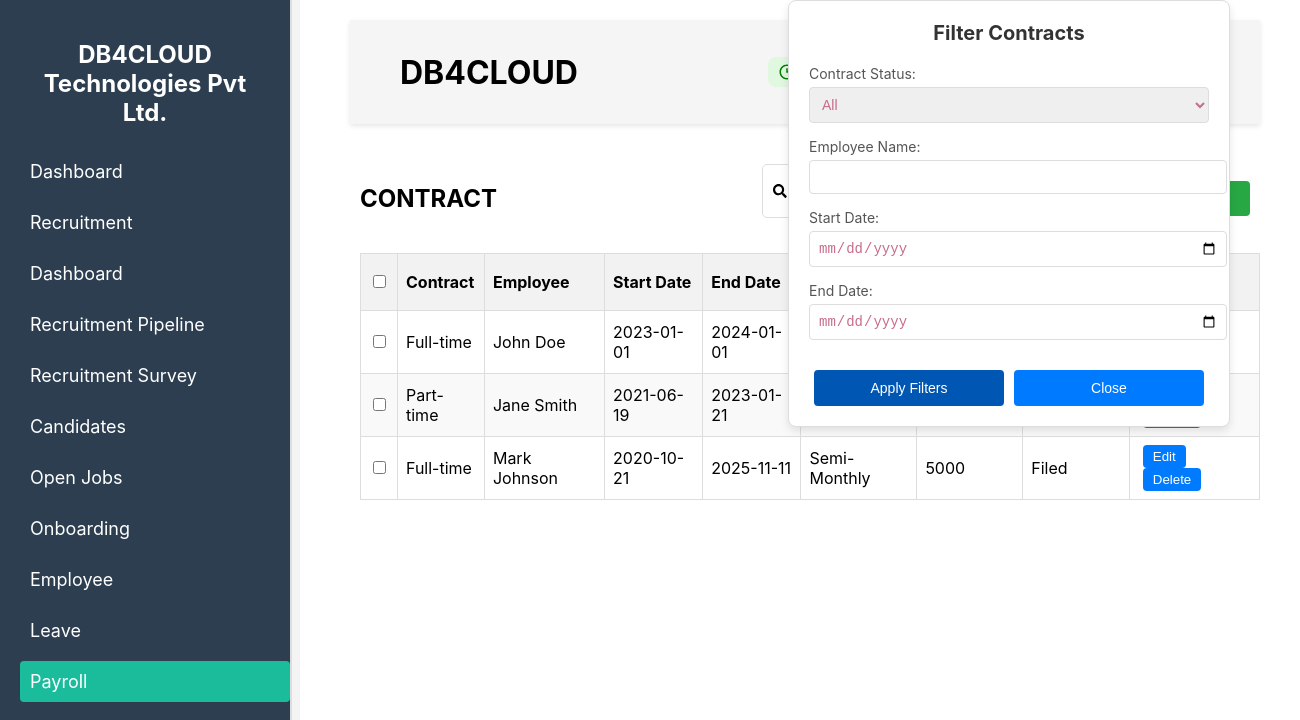
Repository: tinu-ns/Dev-code
Page: /payroll/contract (app in HRMS-DEMO-Sang/hrms/), after clicking the first element matching `svg.header-icon`
The author's editor kept a copy of each file at every save. The page is drawn from the files as they stood at one save, then again after the next save.
The browser window is 1280 px wide. The page is 1300 px wide, so the pictures cover 1300 px, including what lies to the right of the window. The pictures show the whole page.
The pointer rests on the first visible `.filter-popup button`.
Pictures or frames that could not be fetched are drawn as grey boxes. The project was rebuilt for these pictures with package versions that can differ from the ones it lists, and the page was loaded fresh each time. Also part of the build but not shown: HRMS-DEMO-Sang/hrms/src/components/Dashboard.js, HRMS-DEMO-Sang/hrms/src/components/Recruitment/RecruitmentDashboard.js, HRMS-DEMO-Sang/hrms/src/components/Recruitment/RecruitmentPipeline.js, HRMS-DEMO-Sang/hrms/src/components/Payroll/Allowances.js, HRMS-DEMO-Sang/hrms/src/components/Payroll/Deductions.js, HRMS-DEMO-Sang/hrms/src/components/Payroll/Payslips.js, HRMS-DEMO-Sang/hrms/src/components/Payroll/PayrollDashboard.js, HRMS-DEMO-Sang/hrms/src/components/MainContent.css and 4 more.

Above is the page before, as saved 2024-11-09 17:16:05.

### HRMS-DEMO-Sang/hrms/src/App.css
.app{
  display: flex;
  height: 100vh;
  background-color: #f4f4f4;
}

.content-container{
  flex-grow: 1;
  padding: 20px;
  background-color: #fff;
  margin-left: 250px;         /**/
  display: flex;
  flex-direction: column;

}

.main-section{
  display: flex;
  justify-content: space-between;
  padding: 20px;
  width: 100%;
}


.sidebar {
  width: 250px;
  background-color: #2c3e50;
  position: fixed;
  height: 100vh;
}

### HRMS-DEMO-Sang/hrms/src/components/Sidebar.css
 .container{
    display: flex;
    height: 100vh;
    margin-right: 50px;
}

/*
.content{
    flex-grow: 1;
    padding: 20px;
    padding-left: 50px;

}  */

.sidebar {
    width: 220px;
    height: 100vh;
    background-color: #503f2c;
    padding: 20px;
    color: white;
    height: 100vh;
    position: fixed;
    top: 0;
    left: 0;
    border-right: 2px solid #ddd;
    overflow-y: auto;        /* Allows vertical scrolling */
    margin-right: 200px;
    z-index: 1000;

  }



  .sidebar h2{
    text-align: center;
    margin-bottom: 30px;
    font-size: 24px;
  }

  .sidebar-list{
    list-style-type: none;
    padding: 0;
  }


  .sidebar-list li{
    margin-bottom: 15px;
  }

  .sidebar-list li a {
    color: white;
    text-decoration: none;
    font-size: 18px;
    padding: 10px;
    border-radius: 4px;
    display: block;
  }

  .sidebar-list li a:hover{
    color: #1abc9c;
  }

  .sidebar-list li a.active{
    background-color: #1abc9c;
    color: white;
  }

  .sidebar {
    width: 250px;
    background-color: #2E3A46;
    color: #FFF;
    padding: 20px;
    height: 100vh;
  }

  .sidebar h2 {
    font-size: 1.5em;
    margin-bottom: 1em;
  }

  .sidebar ul {
    list-style: none;
    padding: 0;
  }

  .sidebar li {
    margin: 10px 0;
  }

  .sidebar li ul {
    margin-top: 5px;
  }

  .sidebar a {
    color: #FFF;
    text-decoration: none;
  }

  .sidebar a:hover {
    text-decoration: underline;
  }

  .sidebar a.active {
    color: #20c997;
  }

  .sidebar ul li a:hover, .menu-toggle:hover {
    background-color: #34495e;
  }

  .menu-toggle {
    background: none;
    border: none;
    color: #ecf0f1;
    font-size: 1rem;
    text-align: left;
    cursor: pointer;
    width: 100%;
    padding: 10px;
  }

  .submenu {
    list-style-type: none;
    padding-left: 20px;
  }

  .submenu li a {
    padding-left: 20px;
    font-size: 0.9rem;
  }

### HRMS-DEMO-Sang/hrms/src/components/Recruitment/RecruitmentPipeline.css
.pipeline-container {
    padding: 20px;
    background-color: #f5f5f5;
    border-radius: 8px;
  }

  .pipeline-section {
    margin-top: 20px;
  }

  .pipeline-section h3 {
    background-color: #f8f9fa;
    padding: 10px;
    border-left: 5px solid #ffa500;
  }

  .recruitment-table {
    width: 100%;
    border-collapse: collapse;
  }

  .recruitment-table th,
  .recruitment-table td {
    padding: 10px;
    border-bottom: 1px solid #ddd;
    text-align: left;
  }

  .recruitment-table th {
    background-color: #f1f1f1;
  }

  button {
    padding: 5px 10px;
    margin: 0 5px;
    border: none;
    border-radius: 4px;
    cursor: pointer;
  }

  button:hover {
    background-color: #ddd;
  }

### HRMS-DEMO-Sang/hrms/src/components/Payroll/Allowances.css
.allowances-container {
    padding: 20px;
    background-color: #f9f9f9;
    width: 100%;
    height: 100vh;
  }

  .allowances-header {
    display: flex;
    justify-content: space-between;
    align-items: center;
    margin-bottom: 20px;
  }

  .allowances-header h2 {
    margin: 0;
    font-size: 24px;
  }
        /* For controlers like search filter list card icons*/
  .controls {
    display: flex;
    align-items: center;
    gap: 10px;
  }

  .search-input {
    padding: 8px;
    border: 1px solid #ccc;
    border-radius: 4px;
  }

  .view-toggle, .create-btn {
    background: none;
    border: none;
    font-size: 18px;
    cursor: pointer;
  }

  .filter-btn{
    background-color: #007bff;
    color: white;
    padding: 8px 12px;
    border: none;
    border-radius: 4px;
    cursor: pointer;
    display: flex;
    align-items: center;
    gap: 5px;
  }


  /*   for create account   */
   .create-btn {
    display: flex;
    align-items: center;
    padding: 8px 12px;
    background-color: #ff5722;
    color: white;
    border-radius: 4px;
    cursor: pointer;
  }


  .create-btn:hover {
    background-color: #0056b3;
  }

  .create-allowance-form {
    padding: 15px;
    margin-bottom: 20px;
    border: 1px solid #ccc;
    border-radius: 8px;
    background-color: #f9f9f9;
  }

  .allowances-list .allowance-item {
    padding: 10px;
    margin: 10px 0;
    border: 1px solid #ddd;
    border-radius: 5px;
  }

  .info-icon {
    margin-left: 5px;
    color: #888;
    cursor: pointer;
  }

  .info-icon:hover {
    color: #333;
  }

  /**/

  .status-indicators {
    display: flex;
    gap: 15px;
    font-size: 14px;
    margin-top: 10px;
    margin-bottom: 20px;
    justify-content: end;
  }

  .dot {
    display: inline-flex;
    align-items: center;
  }

  .dot::before {
    content: '';
    display: inline-block;
    width: 10px;
    height: 10px;
    margin-right: 6px;
    border-radius: 50%;
  }

  .not-fixed::before {
    background-color: green;
  }

  .fixed::before {
    background-color: yellow;
  }

  .non-taxable::before {
    background-color: gray;
  }

  .taxable::before {
    background-color: red;
  }

  .card-view {
    display: flex;
    gap: 20px;
    flex-wrap: wrap;

  }

  .allowance-card {
    background: white;
    border: 1px solid #ddd;
    border-radius: 8px;
    padding: 15px;
    width: 200px;
    box-shadow: 0 2px 5px rgba(0, 0, 0, 0.1);
    border-left: 3px solid rgb(255, 165, 0);
  }

  .card-icon {
    font-size: 20px;
    font-weight: bold;
    background: #e0e0e0;
    width: 40px;
    height: 40px;
    display: flex;
    align-items: center;
    justify-content: center;
    border-radius: 50%;
    margin-bottom: 10px;

  }

  .card-content h3 {
    margin: 0;
    font-size: 18px;
  }

  .card-content p {
    margin: 5px 0;
  }


  .list-view {
    background: white;
    border-radius: 8px;
    overflow: hidden;
    box-shadow: 0 2px 5px rgba(0, 0, 0, 0.1);
  }

  .table-container {
    overflow-x: auto;
    max-width: 100%;
    margin-top: 20px;
    position: relative;
    display: flex;
  }

  table {
    width: 100%;
    border-collapse: collapse;
  }

  th, td {
    padding: 5px;
    text-align: left;
  }

  thead th {
    background-color: #f0f0f0;
    position: sticky;
    top: 0;
    z-index: 2;
  }


  table th, table td {
    padding: 5px;
    text-align: left;
    border-bottom: 1px solid #ddd;
    border: 1px solid;
  }

  .sticky-column {
    position: sticky;
    left: 0;
    background-color: rgb(230, 220, 220);
    box-shadow: 2px 0 5px rgba(0, 0, 0, 0.1);
    z-index: 1;
    width: 150px;

  }

  /* Updated scrollable column style */
.scrollable-column {
    min-width: 120px; /* Minimum width for scrollable columns */
    border: 1px solid red;

  }

  .sticky-column:last-child {
    right: 0;
    left: auto;
  }

  tbody tr:nth-child(even) {
    background-color: #f9f9f9;
  }


  td.sticky-column {
    box-shadow: 2px 0 5px rgba(0, 0, 0, 0.1);

  }

  .edit-btn, .delete-btn {
    background: none;
    border: none;
    cursor: pointer;
    font-size: 16px;
    margin-right: 8px;
    display: flex;
  }

  .edit-btn {
    color: #007bff;
  }

  .delete-btn {
    color: #ff5722;
  }

  .footer {
    display: flex;
    justify-content: space-between;
    align-items: center;
    padding-top: 20px;
  }

  .footer span {
    font-size: 14px;
  }

  .add-btn {
    background-color: #ff5722;
    color: white;
    font-size: 18px;
    width: 40px;
    height: 40px;
    border: none;
    border-radius: 50%;
    display: flex;
    align-items: center;
    justify-content: center;
    cursor: pointer;
  }

  .filter-popup {
    position: absolute;
    top: 34%; /* Adjust based on your header */
    right: 50px; /* Adjust for alignment */
    background-color: white;
    border: 1px solid #ddd;
    border-radius: 8px;
    box-shadow: 0 4px 8px rgba(0, 0, 0, 0.1);
    padding: 16px;
    z-index: 100;
    width: 300px;
  }

  .filter-form .filter-row {
    margin-bottom: 10px;
  }

  .filter-form label {
    font-weight: bold;
  }

  .filter-form select {
    width: 100%;
    padding: 8px;
  }

  .filter-form button {
    width: 100%;
    padding: 10px;
    background-color: #4CAF50;
    color: white;
    border: none;
    cursor: pointer;
  }

  .filter-form button:hover {
    background-color: #45a049;
  }

  .active-filters {
    margin-top: 10px;
    display: flex;
    gap: 8px;
    flex-wrap: wrap;
  }

  .filter-tag {
    display: inline-flex;
    align-items: center;
    background-color: #f0f0f0;
    color: #333;
    padding: 4px 8px;
    border-radius: 20px;
    font-size: 14px;
  }

  .filter-tag button {
    background: none;
    border: none;
    color: #666;
    margin-left: 5px;
    font-size: 14px;
    cursor: pointer;
  }

  .filter-tag button:hover {
    color: #000;
  }

### HRMS-DEMO-Sang/hrms/src/components/Payroll/Contract.css
.contract-page {
    padding: 20px;
  }

  .header-container {
    display: flex;
    justify-content: space-between;
    align-items: center;
    margin-bottom: 20px;
  }

  .header-title {
    font-size: 24px;
    font-weight: bold;
  }

  .header-right {
    display: flex;
    align-items: center;
    gap: 10px;
  }

  .search-bar {
    display: flex;
    align-items: center;
    gap: 3px;
    padding: 5px 10px;
    border-radius: 4px;
  }

  .search-bar input {
    border: none;
    outline: none;
  }

  .header-icon {
    font-size: 18px;
    cursor: pointer;
  }

  .action-button,
  .create-button {
    padding: 5px 15px;
    border: none;
    border-radius: 4px;
    cursor: pointer;
  }

  .action-button {
    background-color: #f0f0f0;
  }

  .create-button {
    background-color: #007bff;
    color: white;
  }

  .contract-table {
    width: 100%;
    border-collapse: collapse;
  }

  .contract-table th,
  .contract-table td {
    border: 1px solid #ddd;
    padding: 8px;
    text-align: left;
  }

  .contract-table th {
    background-color: #f2f2f2;
    cursor: pointer;
  }

.contract-table input[type="text"],
.contract-table input[type="date"],
.contract-table input[type="number"] {
  width: 100%;
  padding: 4px;
  box-sizing: border-box;
}

.table-action-button {
  padding: 4px 10px;
  margin-right: 5px;
  background-color: #007bff;
  color: white;
  border: none;
  border-radius: 4px;
  cursor: pointer;
}

.table-action-button:hover {
  background-color: #0056b3;
}

.table-action-button:disabled {
  background-color: #ccc;
  cursor: not-allowed;
}

/*  For create page*/
.create-page {
    background-color: #f9f9f9;
    border: 1px solid red ;
    border: 1.5px solid rgb(246, 235, 235);
    padding: 20px;
    max-width: 1000px;
    width: 80%;
    margin: 40px auto;
    box-shadow: 0 4px 10px rgba(0, 0, 0, 0.1);
    border-radius: 8px;
  }

  .create-page-sub-container{
    padding: 30px;
    max-width: 700px;
    margin: 40px auto;
    background-color: #ffffff;
    border-radius: 8px;
    border: 1.5px solid rgb(216, 212, 212);
  }

  .contract-row {
    padding-bottom: 20px;
    display: flex;
    align-items: center;
    gap: 10px; /* Adjust the gap between the heading and the dropdown as needed */
}

  .contract-heading {
    margin: 0;
    font-size: 1.5rem;
    padding-right: 50%                                                                          ;
  }

  .contract-status {
    padding: 5px;
    font-size: 1rem;
    justify-content: end;
    border: 1px solid red ;

  }


  .create-form .form-group {
    margin-bottom: 15px;
  }

  .form-row {
    display: flex;
    gap: 20px;
  }

  .form-group label {
    font-weight: bold;
  }


  .required {
    color: red;
    margin-left: 5px;
  }

  .info-icon {
    margin-left: 5px;
    color: #888;
    cursor: help;
    font-size: 0.85rem;
  }

  .create-form save-button {
    margin-top: 20px;
    padding: 10px 20px;
    background-color: #007bff;
    color: white;
    border: none;
    border-radius: 4px;
    cursor: pointer;
    position: absolute;
    bottom: 20px;
    right: 20px;
  }

  .save-button{
    background-color: #28a745;
    margin-top: 20px;
    padding: 10px 20px;
    color: white;
    border: none;
    border-radius: 4px;
    cursor: pointer;
    display: flex;
    justify-content: flex-end;
    align-items: flex-end;
     }

  .save-button:hover {
    background-color: #0056b3;
  }

  .half-width {
    display: flex;
    gap: 10px;
  }

  .full-width textarea {
    width: 100%;
    height: 100px;
  }

  .create-button {
    padding: 10px 20px;
    margin: 10px;
    background-color: #28a745;
    color: white;
    border: none;
    cursor: pointer;
  }


  /*  home page filter style*/
 /* Filter Popup Overlay */
.filter-popup-overlay {
    position: fixed;
    top: 0;
    left: 0;
    right: 0;
    bottom: 1;
    background-color: rgba(0, 0, 0, 0.5);
    display: flex;
    justify-content: center;
    align-items: center;
    z-index: 999;
  }

  /* Filter Popup */
  .filter-popup {
    background-color: #fff;
    padding: 20px;
    border-radius: 8px;
    width: 400px;
    box-shadow: 0 4px 8px rgba(0, 0, 0, 0.1);
  }

  .filter-popup h2 {
    margin-top: 0;
    font-size: 20px;
    font-weight: bold;
    color: #333;
    margin-bottom: 20px;
    text-align: center;
  }

  .filter-popup .filter-row {
    display: flex;
    flex-direction: column;
    margin-bottom: 15px;
  }

  .filter-popup .filter-row label {
    font-size: 14px;
    color: #555;
    margin-bottom: 5px;
  }

  .filter-popup .filter-row input,
  .filter-popup .filter-row select {
    padding: 8px;
    font-size: 14px;
    border: 1px solid #ddd;
    border-radius: 4px;
    width: 100%;
  }

  .filter-popup button {
    width: 100%;
    padding: 10px;
    background-color: #007bff;
    color: #fff;
    border: none;
    border-radius: 4px;
    font-size: 14px;
    cursor: pointer;
    margin-top: 15px;
  }

  .filter-popup button:hover {
    background-color: #0056b3;
  }

  .close-button {
    margin-top: 10px;
    background-color: #ccc;
  }

  .close-button:hover {
    background-color: #999;
  }

### HRMS-DEMO-Sang/hrms/src/components/Header.css
.bg-container{
  padding-left: 30px;

}

.header {
    background-color: #f5f5f5;
    padding: 10px 20px;
    display: flex;
    justify-content: space-between;
    align-items: center;
    box-shadow: 0px 2px 5px rgba(0, 0, 0, 0.1);
  }

  .header-left {
    display: flex;
    align-items: center;
  }

  .menu-button {
    font-size: 24px;
    background: none;
    border: none;
    cursor: pointer;
  }

  .h1{
    margin-left: 15px;
    font-size: 24px;
    color: red! important ;
  }

  .header-right{
    display: flex;
    align-items: center;
  }

  .icon{
    margin-left: 20px;
    font-size: 20px;
    cursor: pointer;
  }

  .time-box {
    display: flex;
    align-items: center;
    background-color: #e0f7e0;
    padding: 5px 10px;
    border-radius: 8px;
    margin-right: 20px;
  }

  .time-icon {
    margin-right: 5px;
    font-size: 18px;
    color: green;
  }

  .user-profile{
    display: flex;
    align-items: center;
    cursor: pointer;
    position: relative;
  }

  .user-avatar{
    padding: 20px;
  }

  .avatar{
    width: 40px;
    height: 40px;
    background-color: #d4d4d4;
    border-radius: 50%;
    display: flex;
    justify-content: center;
    align-items: center;
    font-size: 18px;
    color: white;
    margin-right: 10px;

  }

  .user-name{
    font-weight: bold;
  }

  .dropdown{
    position: absolute;
    top: 50px;
    right: 0;
    background-color: #fff;
    box-shadow: 0px 2px 8px rgba(0, 0, 0, 0.1);
    border-radius: 5px;
    z-index: 100;
  }

  .dropdown ul {
    list-style-type: none;
    padding: 10px;
    margin: 0;
  }

  .dropdown ul li {
    padding: 10px 15px;
    cursor: pointer;
  }

  .dropdown ul li:hover {
    background-color: #f5f5f5;
  }

  .user-info {
    display: flex;
    align-items: center;
  }

  .user-name {
    margin-right: 10px;
  }

### HRMS-DEMO-Sang/hrms/src/components/Payroll/CreateAllowance.css

.main-container{
    border: 1.5px solid rgb(246, 235, 235);
    padding: 20px;
    max-width: 700px;
    margin: 40px auto;
    background-color: #ffffff;
    box-shadow: 0 4px 10px rgba(0, 0, 0, 0.1);
    border-radius: 8px;
  }

.create-allowance-container {
    padding: 30px;
    max-width: 700px;
    margin: 40px auto;
    background-color: #ffffff;
    border-radius: 8px;
    border: 1.5px solid rgb(216, 212, 212);
  }


  .create-allowance-container h2 {
    text-align: start;
    color: #333;
    font-size: 1.8rem;
    margin-bottom: 20px;

  }

  .create-allowance-container hr{
    margin-bottom: 30px;
  }

  .form-row {
    display: flex;
    justify-content: space-between;
    gap: 20px;
    margin-bottom: 20px;
  }

  .form-group {
    flex: 1;
  }

  .form-group.half-width {
    flex: 0.5;
  }

  .form-group label {
    display: flex;
    align-items: center;
    font-weight: 600;
    color: black;
    margin-bottom: 5px;
    font-size: 15px;
  }

  .form-group label span {
    color: #ff4d4d;
    margin-left: 4px;
  }

  .info-icon {
    margin-left: 5px;
    color: #888;
    cursor: help;
    font-size: 0.85rem;
  }

  input[type="text"],
  input[type="date"],
  input[type="number"],
  select {
    width: 100%;
    padding: 8px;
    border: 1px solid #ddd;
    border-radius: 4px;
    font-size: 1rem;
    font-size: 14px;
    color: rgb(199, 108, 137);

  }

  .filter-btn {
    background-color: #f0f0f0;
    color: #555;
    padding: 6px 12px;
    border: 1px solid #ddd;
    border-radius: 4px;
    font-size: 0.9rem;
    cursor: pointer;
    margin-top: 8px;
  }

  .filter-icons {
    display: flex;
    gap: 5px;
    margin-top: 8px;
    justify-content: end;
    padding: 6px;
  }

  .small-filter-icon {
    font-size: 1.2rem;
    color: orangered;
    text-align: end;
  }

  .filter-span{
    color: orangered;
  }

  /* Toggle Switch */
  .toggle-switch {
    position: relative;
    display: inline-block;
    width: 40px;
    height: 20px;
    margin-top: 8px;
  }

  .toggle-switch input {
    opacity: 0;
    width: 0;
    height: 0;
  }

  .slider {
    position: absolute;
    cursor: pointer;
    top: 0;
    left: 0;
    right: 0;
    bottom: 0;
    background-color: rgb(219, 198, 198);
    transition: 0.4s;
    border-radius: 20px;
  }

  .slider:before {
    position: absolute;
    content: "";
    height: 16px;
    width: 16px;
    left: 2px;
    bottom: 2px;
    background-color: white;
    transition: 0.4s;
    border-radius: 50%;
  }

  input:checked + .slider {
    background-color: orangered;
  }

  input:checked + .slider:before {
    transform: translateX(15px);
  }

  .condition-options{
    font-size: 12px;
    color: rgb(151, 146, 146);
  }

  /* Multi-select box and tag styles */
.multi-select-box {
    display: flex;
    flex-wrap: wrap;
    align-items: center;
    gap: 5px;
    border: 1px solid #ddd;
    padding: 5px;
    border-radius: 4px;
    background-color: #f9f9f9;
  }

  .tag {
    display: flex;
    align-items: center;
    background-color: #a8b4c0;
    color: #ffffff;
    border-radius: 12px;
    padding: 5px 10px;
    font-size: 0.9rem;
    margin: 3px;
  }

  .remove-tag {
    margin-left: 8px;
    cursor: pointer;
    font-weight: bold;
    font-size: 1.1rem;
  }

  /* Avatar styling for selected employee */
.avatar-container{
    display: flex;
  }
.avatar {
    margin-top: 10px;
    display: flex;
    justify-content: center;
    align-items: center;
    width: 30px;
    height: 30px;
    background-color: #b5b0b0;
    border-radius: 50%;
    font-size: 13px;
    font-weight: bold;
    color: #ffffff;
    text-transform: uppercase;
    border: 2px solid #ccc;
  }

  .avatar-text {
    text-align: center;
    line-height: 40px; /* Centers text vertically */
  }

  /* Modal Styling */
.modal {
    position: fixed;
    top: 0;
    left: 0;
    right: 0;
    bottom: 0;
    background: rgba(0, 0, 0, 0.5);
    display: flex;
    align-items: center;
    justify-content: center;
    z-index: 1000;
  }

  .modal-content {
    background: white;
    width: 500px;
    padding: 20px;
    border-radius: 8px;
    position: relative;
  }

  .close-modal {
    position: absolute;
    top: 10px;
    right: 10px;
    background: transparent;
    border: none;
    font-size: 1.5em;
    cursor: pointer;
  }

  .search-bar {
    width: 100%;
    padding: 10px;
    margin-bottom: 15px;
    border: 1px solid #ddd;
    border-radius: 5px;
  }

  .employee-list {
    max-height: 200px;
    overflow-y: auto;
    padding: 5px;
  }

  .employee-item {
    display: flex;
    align-items: center;
    justify-content: space-between;
    padding: 8px;
    border-bottom: 1px solid #eee;
  }

  .employee-item .avatar {
    width: 30px;
    height: 30px;
    background-color: #007bff;
    color: white;
    display: flex;
    align-items: center;
    justify-content: center;
    border-radius: 50%;
    margin-right: 10px;
  }

  .add-employee {
    background-color: #28a745;
    color: white;
    border: none;
    padding: 5px 10px;
    border-radius: 5px;
    cursor: pointer;
  }

  .add-employee:hover {
    background-color: #218838;
  }

  .save-btn-container {
    display: flex;
    justify-content: flex-end;
    align-items: center;
    flex: 0.5;
  }

  .save-btn {
    padding: 12px 20px;
    background-color: #007bff;
    color: #ffffff;
    border: none;
    border-radius: 4px;
    font-size: 1.2rem;
    font-weight: bold;
    cursor: pointer;
    transition: background-color 0.3s;
  }

  .save-btn:hover {
    background-color: #0056b3;
  }

  @media (max-width: 600px) {
    .form-row {
      flex-direction: column;
    }
  }

Loaded but not shown: HRMS-DEMO-Sang/hrms/public/index.html (common file); HRMS-DEMO-Sang/hrms/src/index.js (common file); HRMS-DEMO-Sang/hrms/src/index.css (common file); HRMS-DEMO-Sang/hrms/src/reportWebVitals.js (common file); HRMS-DEMO-Sang/hrms/public/manifest.json (common file); HRMS-DEMO-Sang/hrms/src/components/Payroll/Contract.js (731 lines, source omitted); HRMS-DEMO-Sang/hrms/src/components/Sidebar.js (102 lines, source omitted); HRMS-DEMO-Sang/hrms/src/components/Header.js (91 lines, source omitted); HRMS-DEMO-Sang/hrms/src/App.js (54 lines, source omitted); HRMS-DEMO-Sang/hrms/src/components/Payroll/PayrollDashboard.css (359 lines, source omitted)

After the next save:
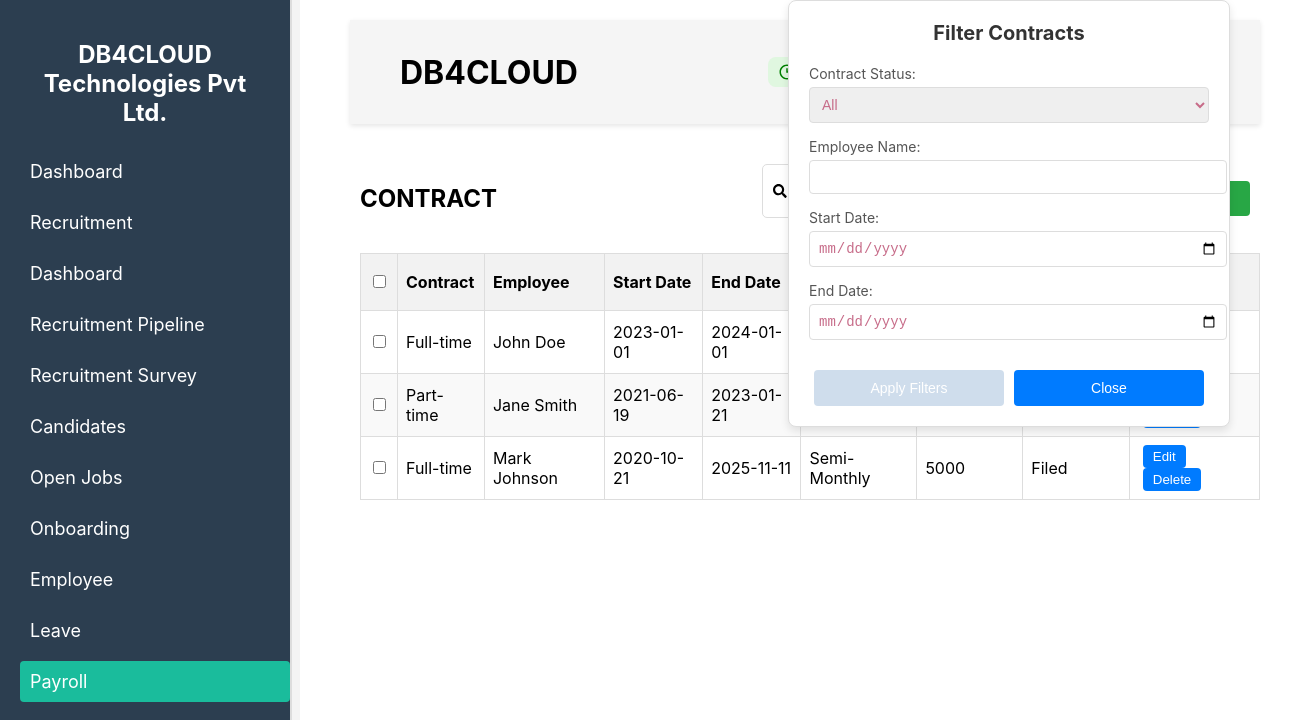
Saved 5 min 22 s later.
--- a/HRMS-DEMO-Sang/hrms/src/components/Payroll/Contract.css
+++ b/HRMS-DEMO-Sang/hrms/src/components/Payroll/Contract.css
@@ -286,7 +286,7 @@
   }
 
   .filter-popup button:hover {
-    background-color: #0056b3;
+    background-color: #cfddec;
   }
 
   .close-button {
